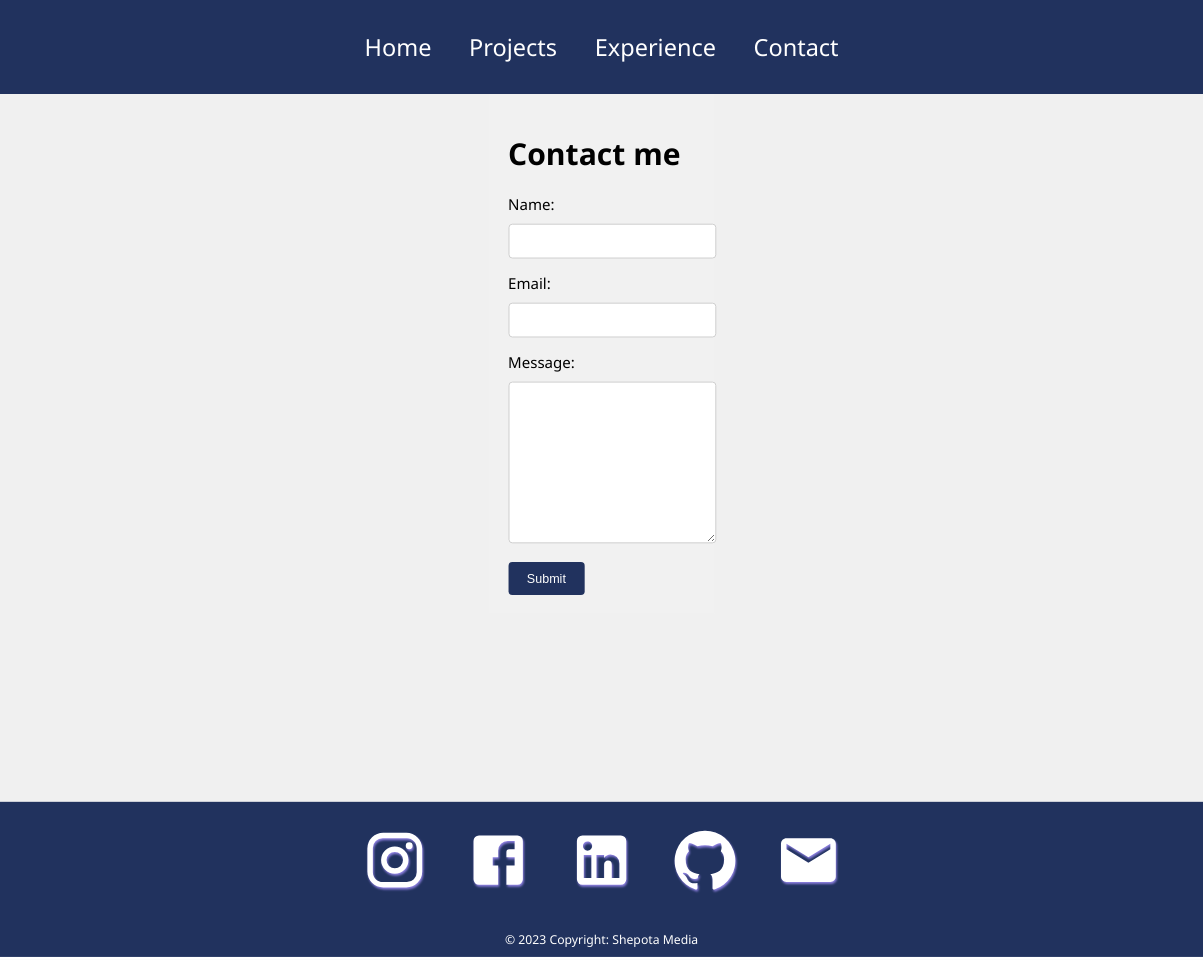
Repository: LolaSL/react-portfolio
Page: /contact
The author's editor kept a copy of each file at every save. The page is drawn from the files as they stood at one save, then again after a run of saves.
The browser window is 1280 px wide. The pictures show the whole page, at 94% of full size.
The project was rebuilt for these pictures with package versions that can differ from the ones it lists, and the page was loaded fresh each time. Also part of the build but not shown: src/pages/Home/Style.css, src/pages/Home/Home.jsx, src/components/ProjectItem/ProjectItem.jsx, src/helpers/ProjectList.js, src/pages/Projects/Style.css, src/pages/Projects/Projects.jsx, src/pages/Experience/Style.css, src/pages/Experience/Experience.jsx and 1 more.

Above is the page before, as saved 2023-07-02 09:44:04.

After the next 9 saves:
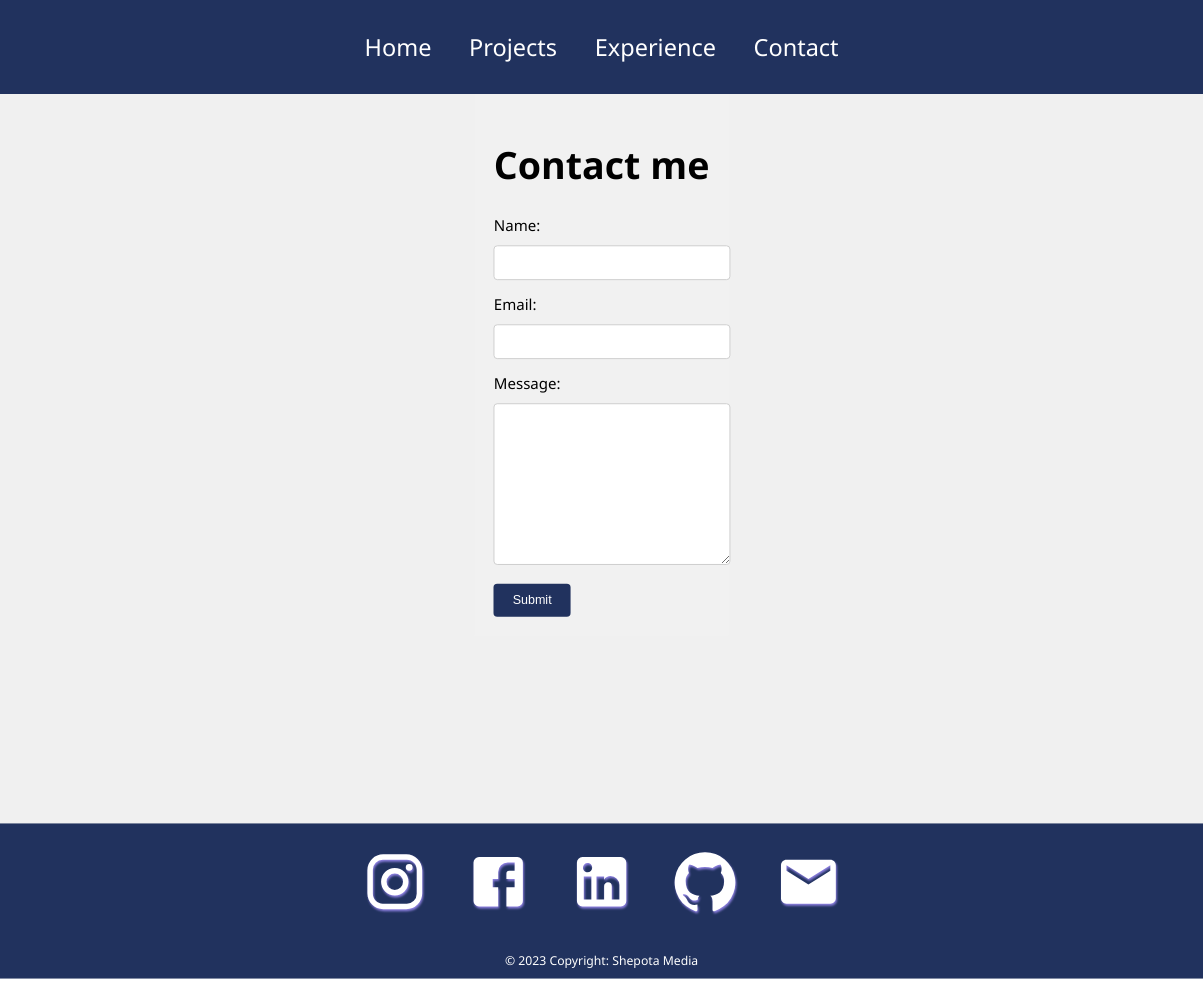
The 9 saves are shown as one change because they came seconds apart.
The last was saved 32 s later.
--- a/src/pages/Contact/Style.css
+++ b/src/pages/Contact/Style.css
@@ -4,7 +4,10 @@
     padding: 20px;
     background-color: #f1f1f1;
   }
+  .contact-form h1{
+    font-size: 40px;
 
+  }
   .contact-form label {
     display: block;
     margin-bottom: 10px;
